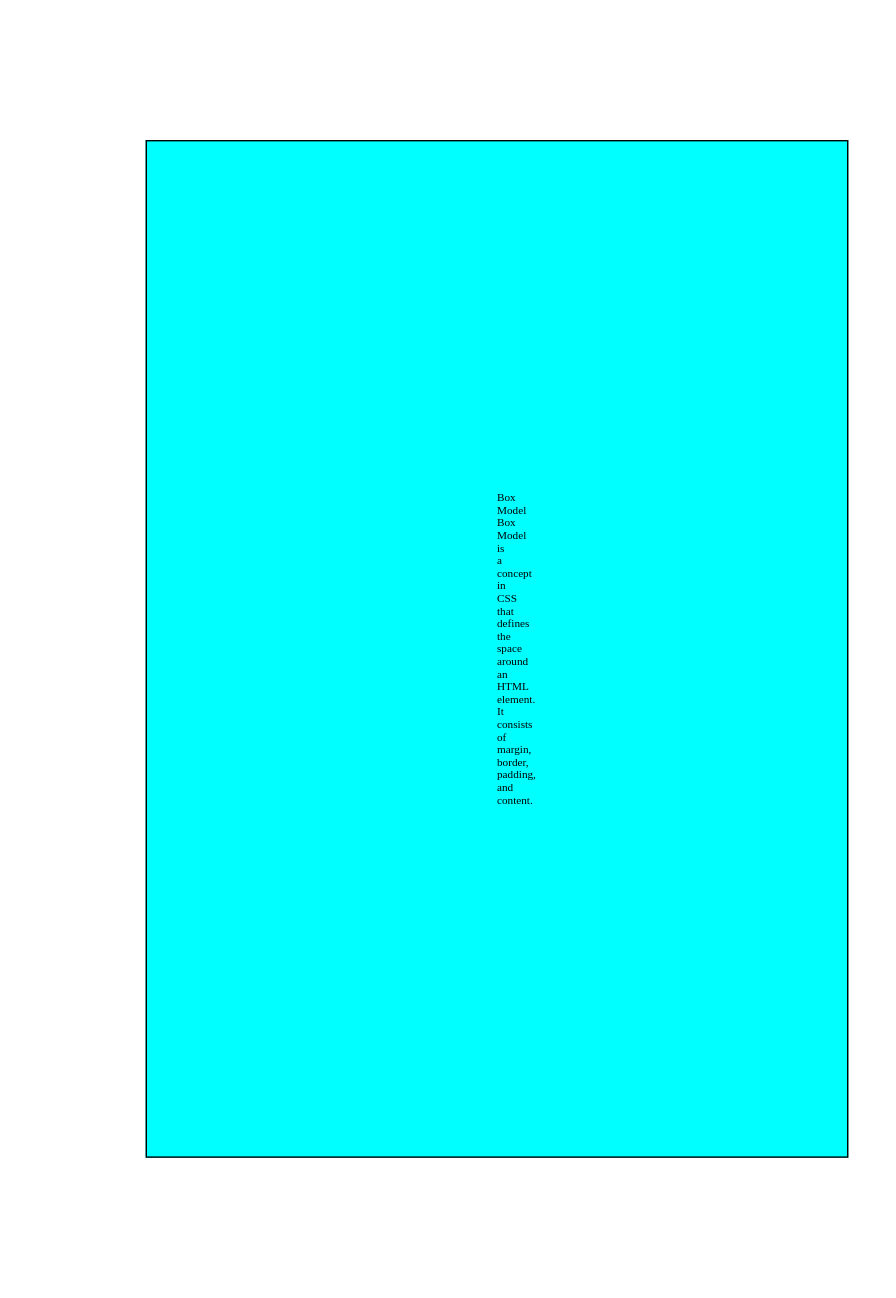
Repository: arunyerram/Web-TEChnologies
Page: Class4/index.html
These files come from the project's save history. The page is drawn as it stood at one moment and after the next save; the edit follows.
The browser window is 1280 px wide. The pictures show the whole page, at 70% of full size.

Above is the page before, as saved 2025-02-18 12:29:52.

### Class4/index.html
<!DOCTYPE html>
<html lang="en">
<head>
    <meta charset="UTF-8">
    <meta name="viewport" content="width=device-width, initial-scale=1.0">
    <title>CSS Rox Model</title>
    <style>
        /* CSS Rox Model */
        .box{
            border:2px solid black;
            background-color: aqua;
            padding: 500px;
            margin: 200px;

        }
    </style>
</head>
<body>
    <div class="box">
        Box Model
        Box Model is a concept in CSS that defines the space around an HTML element. It consists of margin, border, padding, and content.
    </div>
</body>
</html>

After the next save:
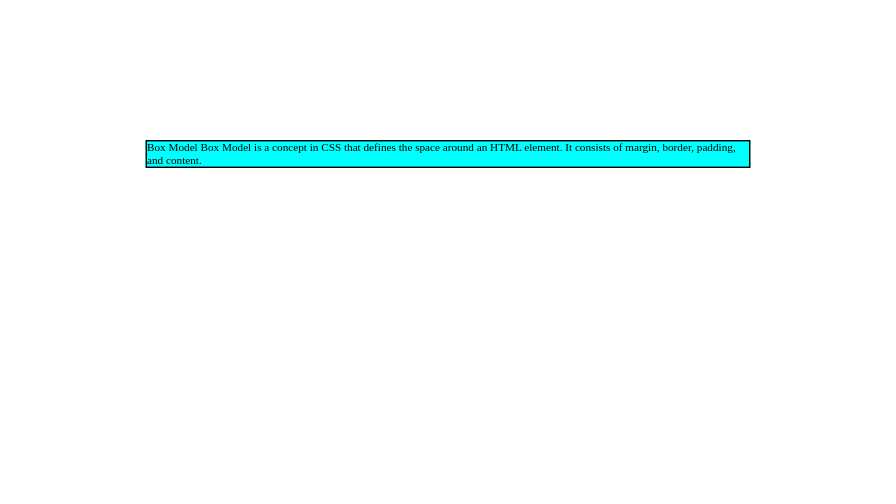
Saved 6 s later.
--- a/Class4/index.html
+++ b/Class4/index.html
@@ -9,7 +9,7 @@
         .box{
             border:2px solid black;
             background-color: aqua;
-            padding: 500px;
+            padding: 0px;
             margin: 200px;
 
         }
